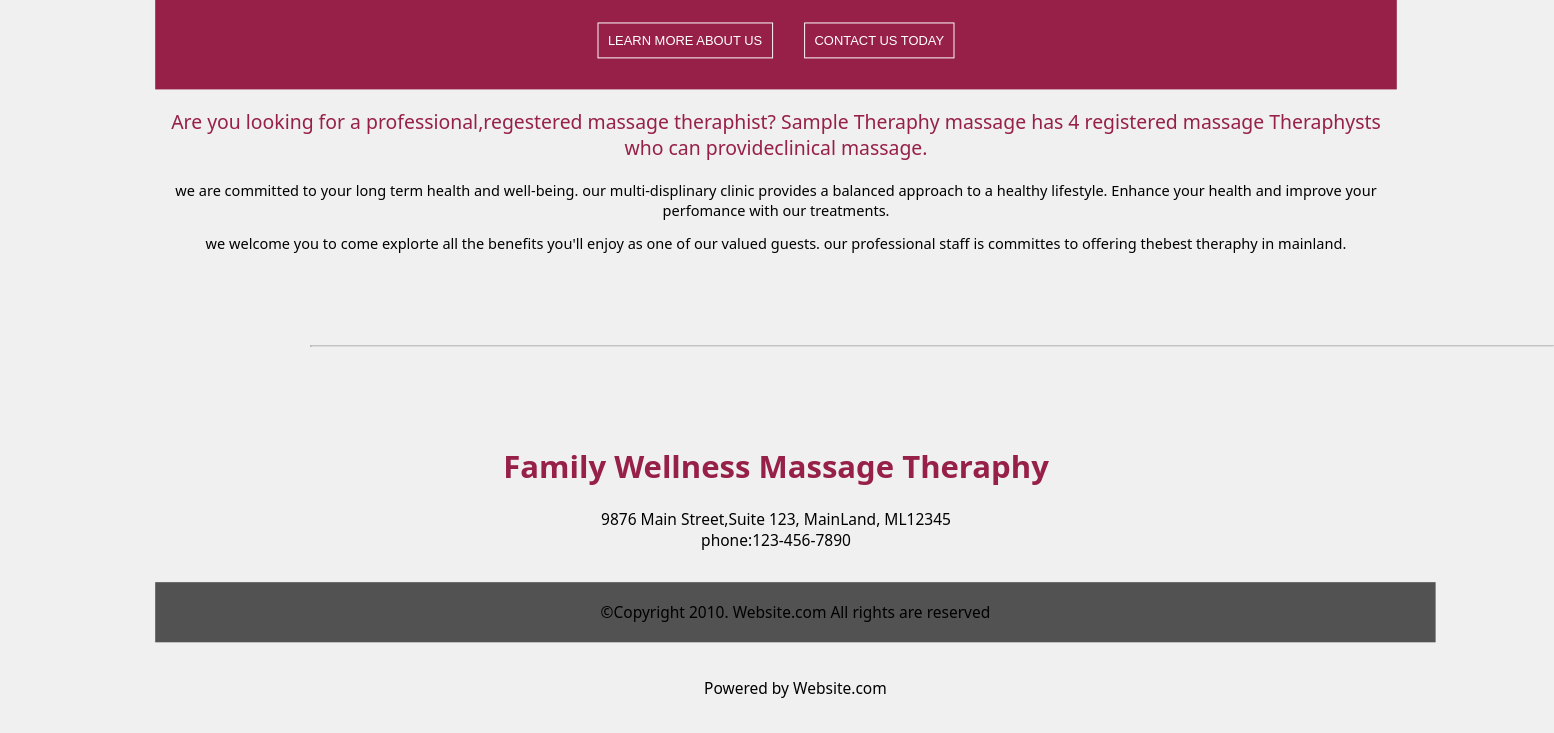
Repository: sriram1224/reactas1.github.io
Page: /
These files come from the project's save history. The page is drawn as it stood at one moment and after the next save; the edit follows.
The browser window is 1280 px wide. The page is 1602 px wide, so the pictures cover 1602 px, including what lies to the right of the window. The pictures show the part of the page from y = 1061 to 1817 px (the page is 1817 px tall), at 97% of full size.
Some web fonts or font styles are not loaded; a fallback is used. The project was rebuilt for these pictures with package versions that can differ from the ones it lists, and the page was loaded fresh each time.

Above is the page before, as saved 2024-03-05 21:26:42.

### public/index.html
<!DOCTYPE html>
<html lang="en">
  <head>
    <meta charset="utf-8" />

    <meta name="viewport" content="width=device-width, initial-scale=1" />
    <meta name="theme-color" content="#000000" />
    <meta
      name="description"
      content="Web site created using create-react-app"
    />
    <link rel="stylesheet" href="./style.css">

    <title>React App</title>
  </head>
  <body>

    <div id="root"></div>


  </body>
</html>

### src/App.js
import Header from './Components/Header.js'; // Importing the Header component
import './App.css'; // Importing the CSS file for styling
import Nav from './Components/Nav.js'; // Importing the Nav component
 // Importing the Body component
import Footer from './Components/Footer.js'; // Importing the Footer component
import Body from './Components/Body.js';

function App() {
  return (
    <div className="App"> {/* Wrapper div with class name 'App' */}
      <Header /> {/* Rendering the Header component */}
      <Nav /> {/* Rendering the Nav component */}
      <Body /> {/* Rendering the Body component */}
      <Footer /> {/* Rendering the Footer component */}
    </div>
  );
}

export default App; // Exporting the App component

### src/Components/Header.js

import "./Header.css";

function Header() {
  return (
    <header className="header">
      <h1>Family Wellness</h1>
      <p>MASSAGE THERAPY</p>

    </header>

  );
}
export default Header;

### src/App.css
body{
  max-width: 100vW;
  margin: 0%;
  box-sizing: border-box;
  overflow-x: hidden;
}

### src/Components/Nav.js

import Navc from './Nav.css';
function Nav(){
    return (
        <nav className='Nav'>
            <ul>
                <li id='first'>HOME</li>
                <li>ABOUT</li>
                <li>SERVICES</li>
                <li>FAQ</li>
                <li>CONTACT</li>
            </ul>
        </nav>
    )
}
export default Nav;

### src/Components/Footer.js
import footercss from './Footer.css'
function Footer(){
    return(

        <footer>
        <p className="footer-element1">©Copyright 2010. Website.com All rights are reserved</p>
        <p className="footer-element2">Powered by Website.com</p>
        </footer>
    )

}
export default Footer;

### src/Components/Body.js

import bodycss from './body.css'
import Carousel from './courosel';

function Card(){
    return(
        <div className="main">
        <div className='card'>
        <h1>Think Health. Think Massage</h1>

        <p>we are  open 9am to 6pm; Monday through Sunday. if you would like to schedule an appointment with us, phone call us at +91 1234567890 today!</p>
        <div className='button-container'>
        <button>LEARN MORE ABOUT US</button>
        <button>CONTACT US TODAY</button></div>

        </div>
        <div className='para'>
        <p className="p1">
        Are you looking for a professional,regestered massage theraphist? Sample Theraphy massage has 4 registered massage Theraphysts who can provideclinical massage.
        </p>
        <p>
        we are committed to your long term health and well-being. our multi-displinary clinic provides a balanced approach to a healthy lifestyle. Enhance your health and improve your perfomance with our treatments.
        </p>
        <p>
        we welcome you to come explorte all the benefits you'll enjoy as one of our valued guests. our professional staff is committes to offering thebest theraphy in mainland.
        </p>
        </div>
        <hr className="hline">
        </hr>
        <div className="main3">
        <h1 className="headings">
        Family Wellness Massage Theraphy
        </h1>
        <p>
        9876 Main Street,Suite 123, MainLand, ML12345<br></br>
        phone:123-456-7890
        </p>
        </div>
        </div>
    );
}


function ControlledCarousel() {
  return (
    <div className='main'>
    <div className='carousel'>
    <Carousel />
    </div>
    <Card />

    </div>
  );
}

export default ControlledCarousel;

### src/Components/Header.css
.header{
    margin-left: 10rem;

}

### src/Components/Nav.css

@import url('https://fonts.googleapis.com/css2?family=Noto+Sans:ital,wght@0,100..900;1,100..900&family=Protest+Revolution&display=swap');
body{
    font-family: "Noto Sans", sans-serif;
    margin: 0%;
    padding: 0%;
}
.Nav{
    display: flex;
    justify-content: space-between;
    align-items: center;
    color: white;
    width: 80rem;
    margin-left: 7rem;
}
.Nav ul{
    display: flex;

    align-items: center;
    list-style: none;

    width:80rem;
   padding: 10px;
}
.Nav ul li{
    padding: 20px 6rem;

    background-color: rgb(165,161,158);
    text-align: center;
}
#first{
    color: white;
    background-color: rgb(151,32,72);
}
.Nav ul li:hover{
    background-color: rgb(151,32,72);
    color: white;
}

### src/Components/Footer.css
.footer-element1{

    background-color: #535252;
    color: black;
    width:80rem;
    margin-left: 10rem;
    padding: 20px;
    text-align: center;
}
.footer-element2{
    color: black;
    width:80rem;
    margin-left: 10rem;
    padding: 20px;
    text-align: center;
}

### src/Components/body.css

.button-container{
    display: flex;
    justify-content: center;
    align-items:center;
    padding: 2rem;
    gap: 2rem;

}
.button-container button{
    padding: 10px;
    background-color: Transparent;
    background-repeat:no-repeat;
    border: none;
    cursor:pointer;
    overflow: hidden;
    border:1px solid white;
    color:white;
}
.button-container button:hover{
    background-color: white;
    color:rgb(151,32,72);

}
.card{
    display: flex;

    flex-direction: column;
    color:white;
   height: 35rem;
   width: 80rem;
   height: 200px;
   padding:20px 0;
   margin-left: 10rem;
   margin-top:30px;
   text-align: center;
    justify-content: center;
    background-color: rgb(151,32,72);


}
.para{
    text-align:center;
    width: 80rem;
    font-size: 15px;
   margin-left: 10rem;

}
.para .p1{
    color:rgb(151,32,72);
    font-size: 20px;

}
.hline{
    width:80rem;
    margin-left: 10rem;
    margin:  5rem 20rem;

}
.main3{
    width:80rem;
    margin-left: 10rem;
    text-align: center;

}
.headings{
    color:rgb(151,32,72)
}
.carousel{
    width:80rem;

    margin-left: 10rem;


}
.main{
    display:flex;
    flex-direction:column;

}

### src/Components/courosel.js
import React from 'react';
import Slider from 'react-slick';
import 'slick-carousel/slick/slick.css';
import 'slick-carousel/slick/slick-theme.css';


const images = [
  'https://i.stack.imgur.com/CJT47.jpg',
  'https://i.stack.imgur.com/capu1.jpg',
  'https://i.stack.imgur.com/zMoo4.jpg',
  'https://i.stack.imgur.com/hOIuY.jpg',
];

const Carousel = () => {
  const settings = {
    dots: true,
    infinite: true,
    speed: 500,
    slidesToShow: 1,
    slidesToScroll: 1,
    autoplay: true,
    autoplaySpeed: 2000,
  };

  return (
    <div>

      <Slider {...settings}>
        {images.map((image, index) => (
          <div key={index}>
            <img src={image} alt={`Slide ${index}`} style={{ height: '40rem',width:'80rem' }} />
          </div>
        ))}
      </Slider>
    </div>
  );
};

export default Carousel;

### public/style.css

@import url('https://fonts.googleapis.com/css2?family=Noto+Sans:ital,wght@0,100..900;1,100..900&family=Protest+Revolution&display=swap');

body{
    background-color: #f0f0f0;
    font-family: "Protest Revolution", sans-serif;
    margin: 0;
    padding: 0;
}

Loaded but not shown: src/index.js (common file); src/index.css (common file); src/reportWebVitals.js (common file)

After the next save:
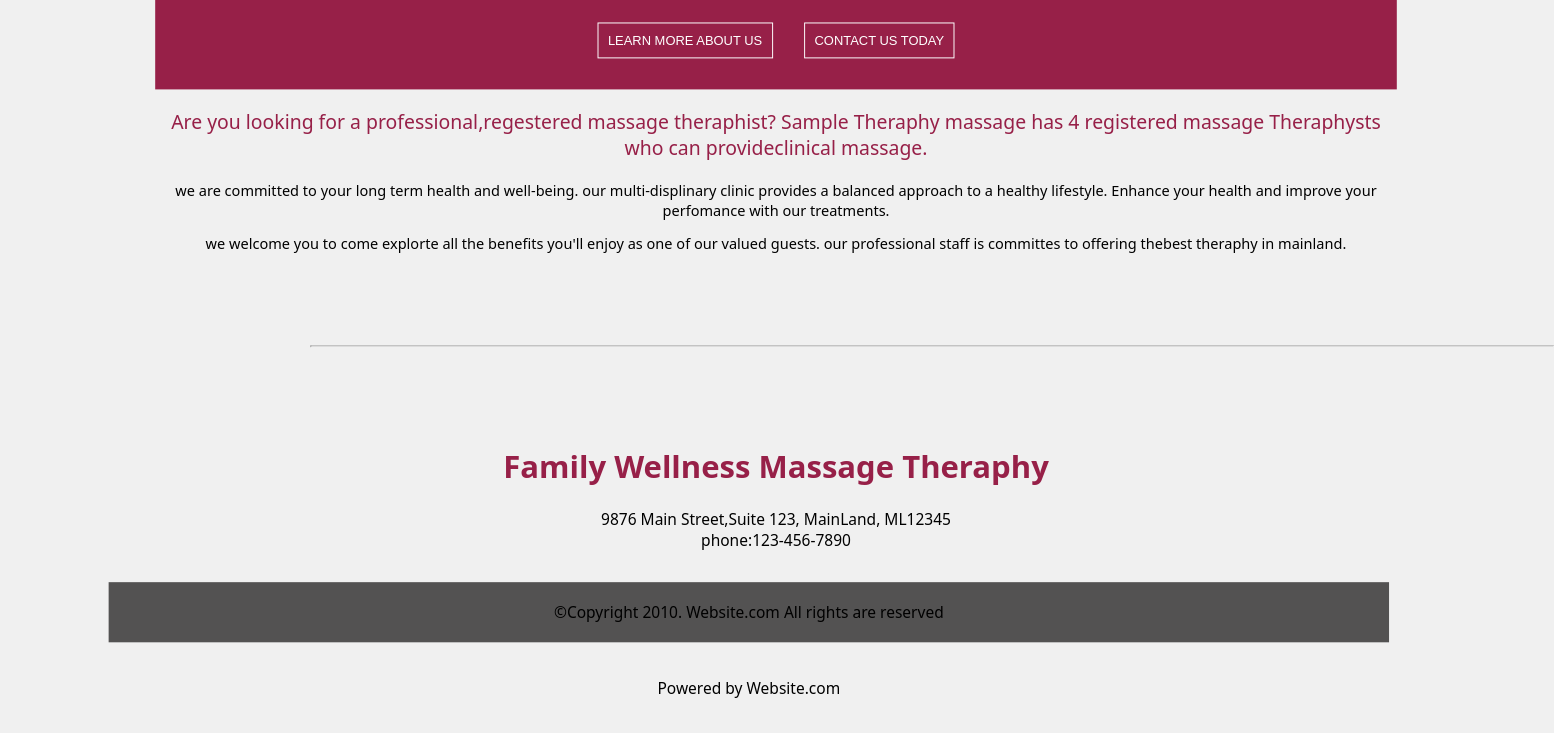
Saved 65 s later.
--- a/src/Components/Footer.css
+++ b/src/Components/Footer.css
@@ -3,14 +3,14 @@
     background-color: #535252;
     color: black;
     width:80rem;
-    margin-left: 10rem;
+    margin-left: 7rem;
     padding: 20px;
     text-align: center;
 }
 .footer-element2{
     color: black;
     width:80rem;
-    margin-left: 10rem;
+    margin-left: 7rem;
     padding: 20px;
     text-align: center;
 }
